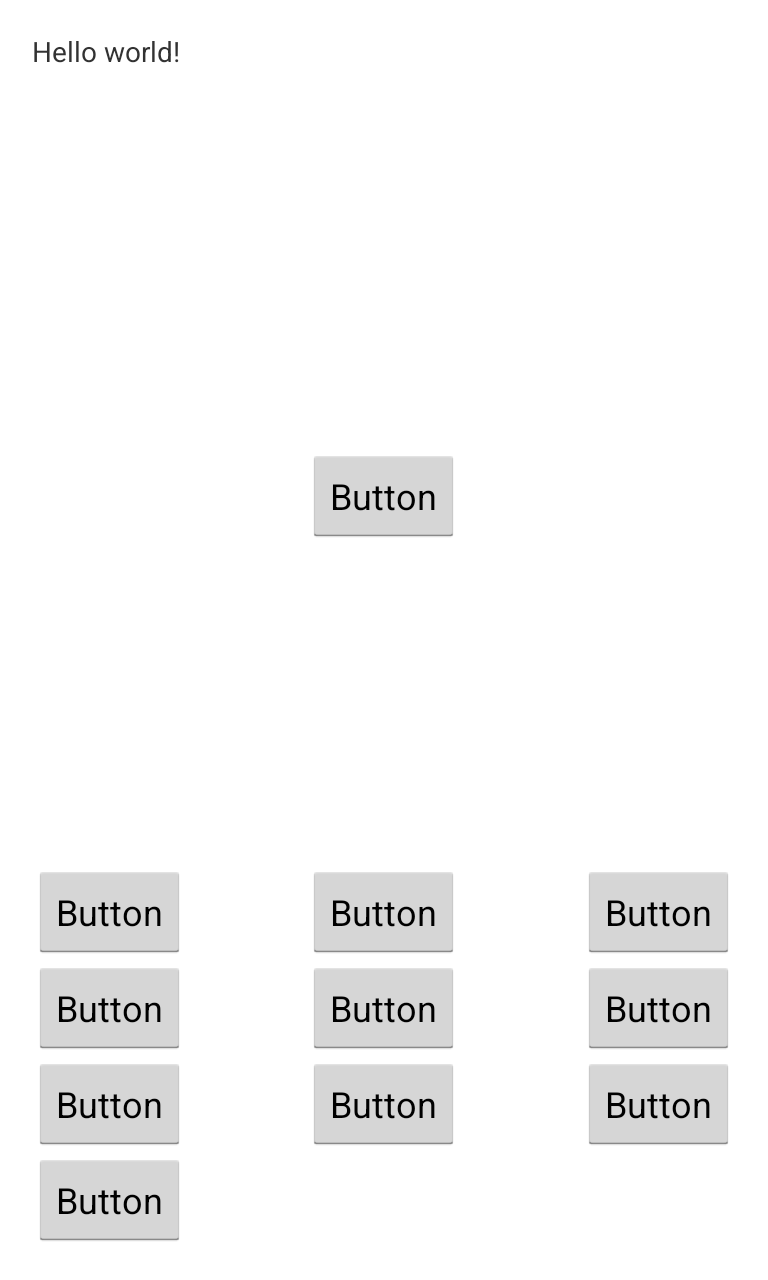
Repository: freelancer-dorian/exerciseAndroid
Layout: 05-20-UIBasic/Layout/res/layout/fragment_main.xml
These files come from the project's save history. The layout is drawn as it stood at one moment and after the next save; the edit follows.
It is drawn on a 768 x 1280 px phone screen (xhdpi) without system bars, with theme AppTheme; the app's code is not run.

Above is the layout before, as saved 2014-05-22 07:27:55.

After the next save:
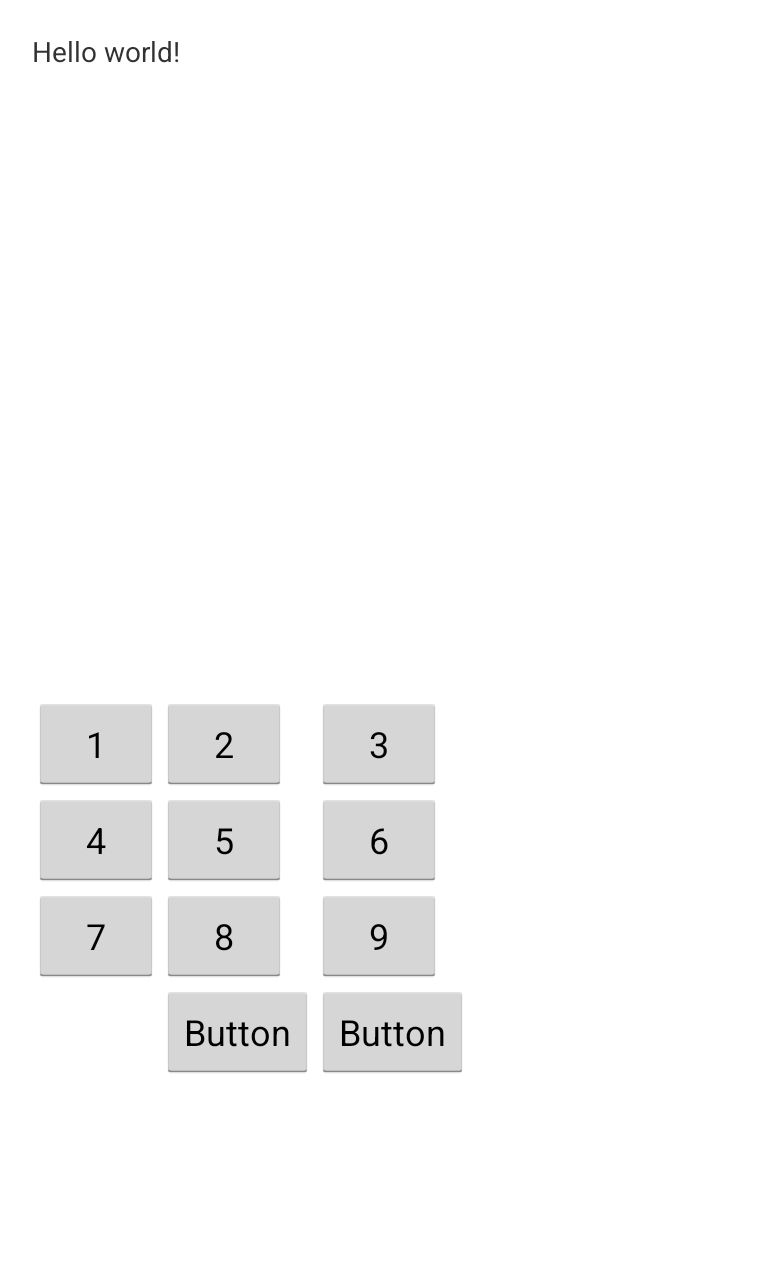
Saved 59 s later.
--- a/05-20-UIBasic/Layout/res/layout/fragment_main.xml
+++ b/05-20-UIBasic/Layout/res/layout/fragment_main.xml
@@ -8,93 +8,100 @@
     android:paddingTop="@dimen/activity_vertical_margin"
     tools:context="com.dorian.layout.MainActivity$PlaceholderFragment" >
 
+    <TextView
+        android:id="@+id/textView1"
+        android:layout_width="wrap_content"
+        android:layout_height="wrap_content"
+        android:text="@string/hello_world" />
+
     <GridLayout
-        android:layout_width="match_parent"
-        android:layout_height="match_parent"
+        android:id="@+id/gridLayout1"
+        android:layout_width="wrap_content"
+        android:layout_height="wrap_content"
+        android:layout_alignLeft="@+id/textView1"
         android:layout_alignParentBottom="true"
-        android:layout_centerHorizontal="true"
-        android:columnCount="1" >
+        android:layout_marginBottom="84dp"
+        android:columnCount="3"
+        android:rowCount="4" >
 
-        <TextView
-            android:id="@+id/textView1"
-            android:layout_width="wrap_content"
-            android:layout_height="wrap_content"
-            android:layout_column="0"
-            android:layout_gravity="left|top"
-            android:layout_row="0"
-            android:text="@string/hello_world" />
+        <Button
+            android:id="@+id/Button01"
+            android:text="@string/number1_buttons" />
+
+        <Button
+            android:id="@+id/Button02"
+            android:text="@string/number2_buttons" />
 
         <Button
             android:id="@+id/Button04"
-            android:layout_gravity="left"
-            android:text="Button" />
+            android:layout_column="0"
+            android:layout_gravity="left|top"
+            android:layout_row="1"
+            android:text="@string/number4_buttons" />
+
+        <Button
+            android:id="@+id/Button03"
+            android:layout_column="2"
+            android:layout_gravity="left|top"
+            android:layout_row="0"
+            android:text="@string/number3_buttons" />
 
         <Button
             android:id="@+id/Button07"
-            android:layout_gravity="left"
-            android:text="Button" />
+            android:layout_column="0"
+            android:layout_gravity="left|top"
+            android:layout_row="2"
+            android:text="@string/number7_buttons" />
+
+        <Button
+            android:id="@+id/Button05"
+            android:layout_column="1"
+            android:layout_gravity="left|top"
+            android:layout_row="1"
+            android:text="@string/number5_buttons" />
+
+        <Button
+            android:id="@+id/Button06"
+            android:layout_column="2"
+            android:layout_gravity="left|top"
+            android:layout_row="1"
+            android:text="@string/number6_buttons" />
+
+        <Button
+            android:id="@+id/Button08"
+            android:layout_column="1"
+            android:layout_gravity="left|top"
+            android:layout_row="2"
+            android:text="@string/number8_buttons" />
+
+        <Button
+            android:id="@+id/Button09"
+            android:layout_column="2"
+            android:layout_gravity="left|top"
+            android:layout_row="2"
+            android:text="@string/number9_buttons" />
 
         <Button
             android:id="@+id/Button10"
-            android:layout_gravity="left"
-            android:text="Button" />
-
-        <Button
-            android:id="@+id/Button01"
-            android:layout_column="0"
-            android:layout_gravity="left|bottom"
-            android:layout_row="0"
-            android:text="Button" />
-
-        <Button
-            android:id="@+id/Button02"
-            android:layout_column="0"
-            android:layout_gravity="center_horizontal|bottom"
-            android:layout_row="0"
-            android:text="Button" />
-
-        <Button
-            android:id="@+id/Button03"
-            android:layout_column="0"
-            android:layout_gravity="right|bottom"
-            android:layout_row="0"
-            android:text="Button" />
-
-        <Button
-            android:id="@+id/Button05"
-            android:layout_column="0"
-            android:layout_gravity="center_horizontal|top"
-            android:layout_row="1"
-            android:text="Button" />
-
-        <Button
-            android:id="@+id/Button06"
-            android:layout_column="0"
-            android:layout_gravity="right|top"
-            android:layout_row="1"
-            android:text="Button" />
-
-        <Button
-            android:id="@+id/Button08"
-            android:layout_column="0"
-            android:layout_gravity="center_horizontal|top"
-            android:layout_row="2"
-            android:text="Button" />
-
-        <Button
-            android:id="@+id/Button09"
-            android:layout_column="0"
-            android:layout_gravity="right|top"
-            android:layout_row="2"
+            android:layout_column="2"
+            android:layout_gravity="left|top"
+            android:layout_row="3"
             android:text="Button" />
 
         <Button
             android:id="@+id/Button00"
-            android:layout_column="0"
-            android:layout_gravity="center"
-            android:layout_row="0"
+            android:layout_column="1"
+            android:layout_gravity="left|top"
+            android:layout_row="3"
             android:text="Button" />
-
     </GridLayout>
 
+    <LinearLayout
+        android:layout_width="wrap_content"
+        android:layout_height="wrap_content"
+        android:layout_alignTop="@+id/gridLayout1"
+        android:layout_toRightOf="@+id/gridLayout1"
+        android:orientation="vertical" >
+    </LinearLayout>
+
 </RelativeLayout>
